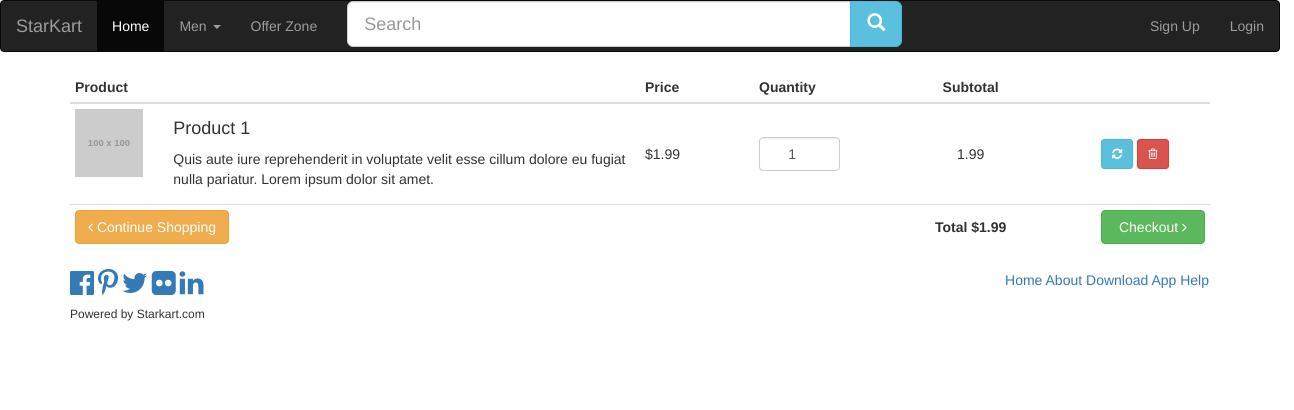
Repository: ravisudharsan/StarKart
Page: http://localhost/StarkartFrontend/WEB-INF/views/checkout.jsp
These files come from the project's save history. The page is drawn as it stood at one moment and after the next save; the edit follows.
The browser window is 1280 px wide. The page is 1280 px wide, then 1294 px, so the pictures cover 1294 px, including what lies to the right of the window. The pictures show the whole page.
Some web libraries are served in a nearby version. The page is served by Tomcat 9. Nobody is signed in. The template is opened directly, without the code that normally fills it, so the values that code supplies are empty.

Above is the page before, as saved 2016-10-26 05:05:50.

After the next save:
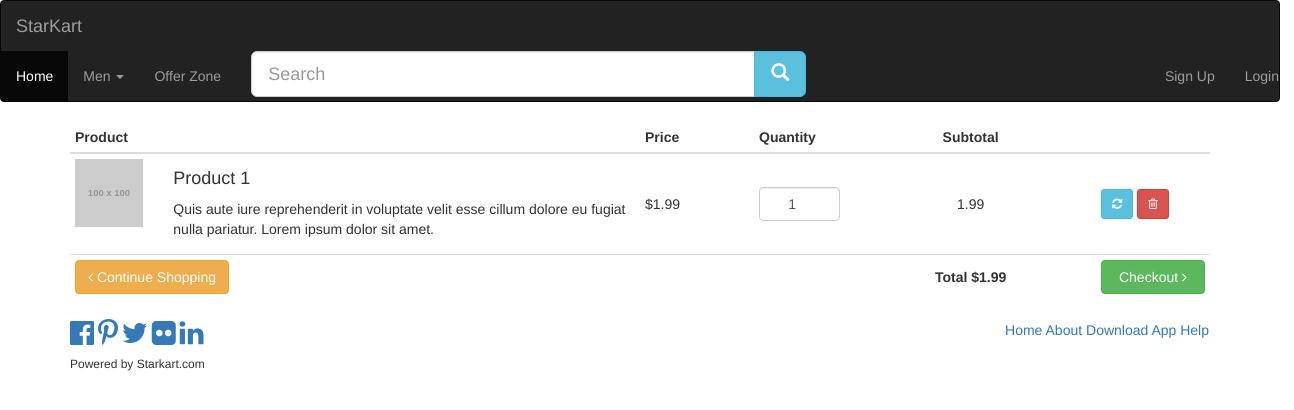
Saved 5 min 13 s later.
--- a/StarkartFrontend/src/main/webapp/WEB-INF/views/header.jsp
+++ b/StarkartFrontend/src/main/webapp/WEB-INF/views/header.jsp
@@ -15,7 +15,7 @@
   <div class="container-fluid">
     <div class="navbar-header">
       <a class="navbar-brand" href="#">StarKart</a>
-    </div>
+    </div></div>
     <ul class="nav navbar-nav">
       <li class="active"><a href="#">Home</a></li>
       <li class="dropdown"><a class="dropdown-toggle" data-toggle="dropdown" href="#">Men <span class="caret"></span></a>
@@ -51,3 +51,11 @@
 <div class="container">
 
 </div>
+
+
+
+
+
+
+</body>
+</html>
